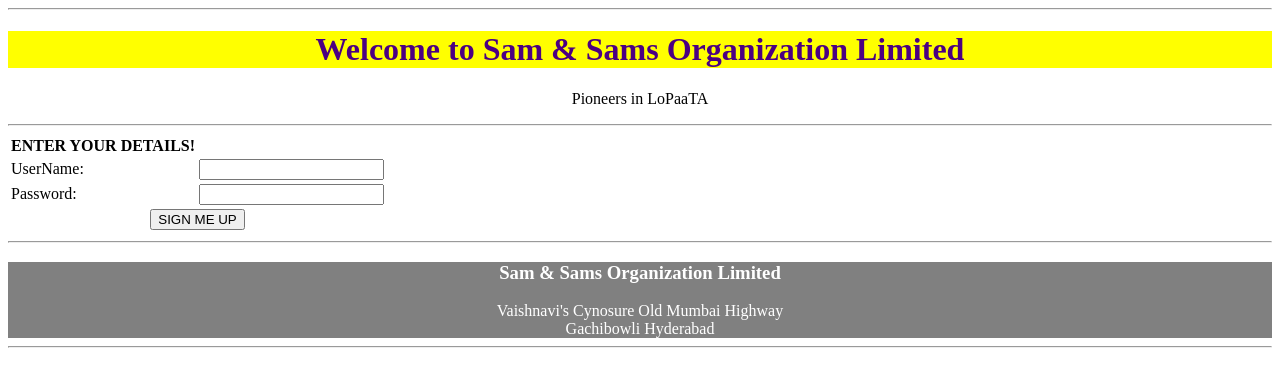
Repository: somnath0796/DeveloperMaterials
Page: http://localhost/JspApp/signup.jsp
The author's editor kept a copy of each file at every save. The page is drawn from the files as they stood at one save, then again after the next save.
The browser window is 1280 px wide. The pictures show the whole page.
The page is served by Tomcat 9.

Above is the page before, as saved 2018-02-02 09:28:26.

After the next save:
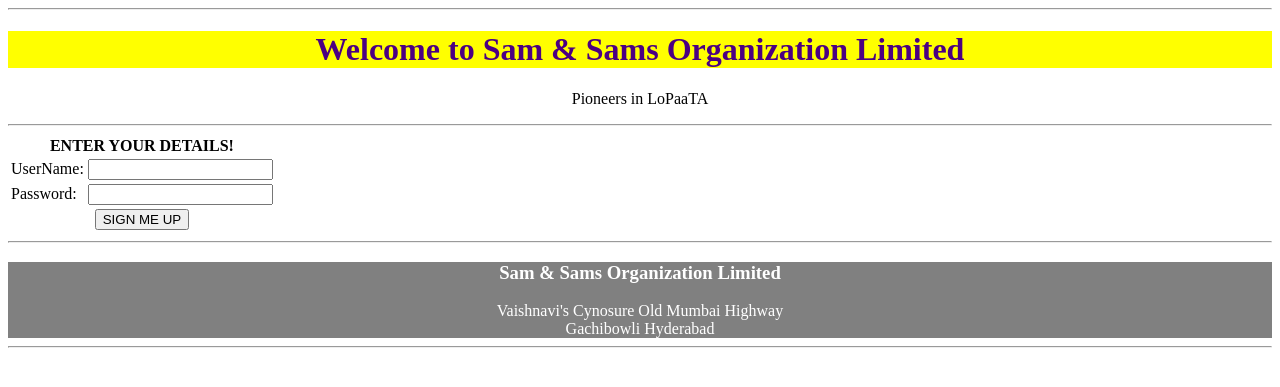
Saved 48 s later.
--- a/JspApp/WebContent/signup.jsp
+++ b/JspApp/WebContent/signup.jsp
@@ -11,7 +11,7 @@
 	<table>
 	<form method = "post" action = "SignupServlet">
 		<thead>
-			<tr>	<th> ENTER YOUR DETAILS! </th>
+			<tr>	<th colspan="2"> ENTER YOUR DETAILS! </th>
 			</tr>
 		</thead>
 		<tr>
